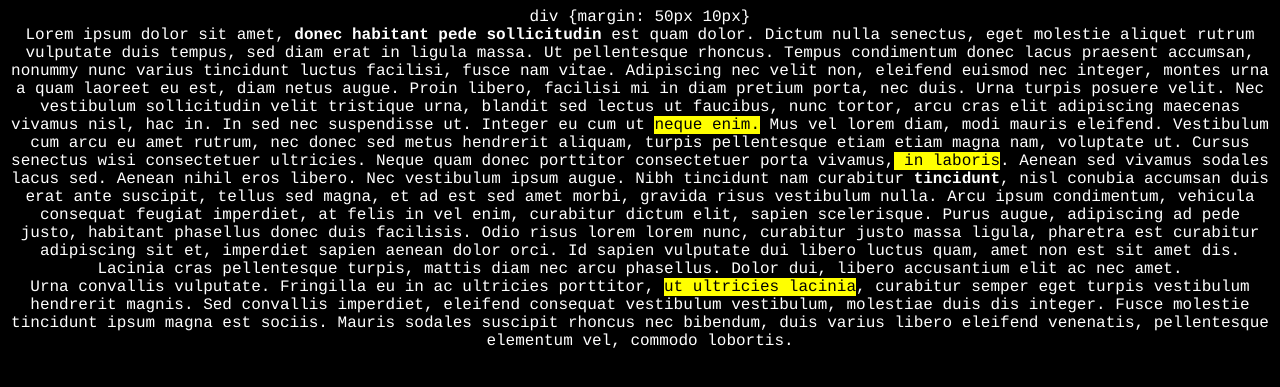
Repository: diasm568/diasm568.github.io
Page: lab/composition.html
The author's editor kept a record of every edit. The page is drawn from the files as they stood at one moment, then again after the next edit.
The browser window is 1280 px wide. The pictures show the whole page.

Above is the page before.

### lab/composition.html
<center>
<body bgcolor="black">
<font color="white">
<font face="courier" color="white">
div {margin: 50px 10px}
<div>Lorem ipsum dolor sit amet, <strong>donec habitant pede sollicitudin</strong> est quam dolor. Dictum nulla senectus, eget molestie aliquet rutrum vulputate duis tempus, sed diam erat in ligula massa. Ut pellentesque rhoncus. Tempus condimentum donec lacus praesent accumsan, nonummy nunc varius tincidunt luctus facilisi, fusce nam vitae. Adipiscing nec velit non, eleifend euismod nec integer, montes urna a quam laoreet eu est, diam netus augue. Proin libero, facilisi mi in diam pretium porta, nec duis. Urna turpis posuere velit. Nec vestibulum sollicitudin velit tristique urna, blandit sed lectus ut faucibus, nunc tortor, arcu cras elit adipiscing maecenas vivamus nisl, hac in. In sed nec suspendisse ut.
Integer eu cum ut <mark>neque enim.</mark> Mus vel lorem diam, modi mauris eleifend. Vestibulum cum arcu eu amet rutrum, nec donec sed metus hendrerit aliquam, turpis pellentesque etiam etiam magna nam, voluptate ut. Cursus senectus wisi consectetuer ultricies. Neque quam donec porttitor consectetuer porta vivamus,<mark> in laboris</mark>. Aenean sed vivamus sodales lacus sed. Aenean nihil eros libero. Nec vestibulum ipsum augue.
Nibh tincidunt nam curabitur <strong>tincidunt</strong>, nisl conubia accumsan duis erat ante suscipit, tellus sed magna, et ad est sed amet morbi, gravida risus vestibulum nulla. Arcu ipsum condimentum, vehicula consequat feugiat imperdiet, at felis in vel enim, curabitur dictum elit, sapien scelerisque. Purus augue, adipiscing ad pede justo, habitant phasellus donec duis facilisis. Odio risus lorem lorem nunc, curabitur justo massa ligula, pharetra est curabitur adipiscing sit et, imperdiet sapien aenean dolor orci. Id sapien vulputate dui libero luctus quam, amet non est sit amet dis. Lacinia cras pellentesque turpis, mattis diam nec arcu phasellus. Dolor dui, libero accusantium elit ac nec amet.</div>
Urna convallis vulputate. Fringilla eu in ac ultricies porttitor, <mark>ut ultricies lacinia</mark>, curabitur semper eget turpis vestibulum hendrerit magnis. Sed convallis imperdiet, eleifend consequat vestibulum vestibulum, molestiae duis dis integer. Fusce molestie tincidunt ipsum magna est sociis. Mauris sodales suscipit rhoncus nec bibendum, duis varius libero eleifend venenatis, pellentesque elementum vel, commodo lobortis.
</font>
</body>
</center>

After the next edit:
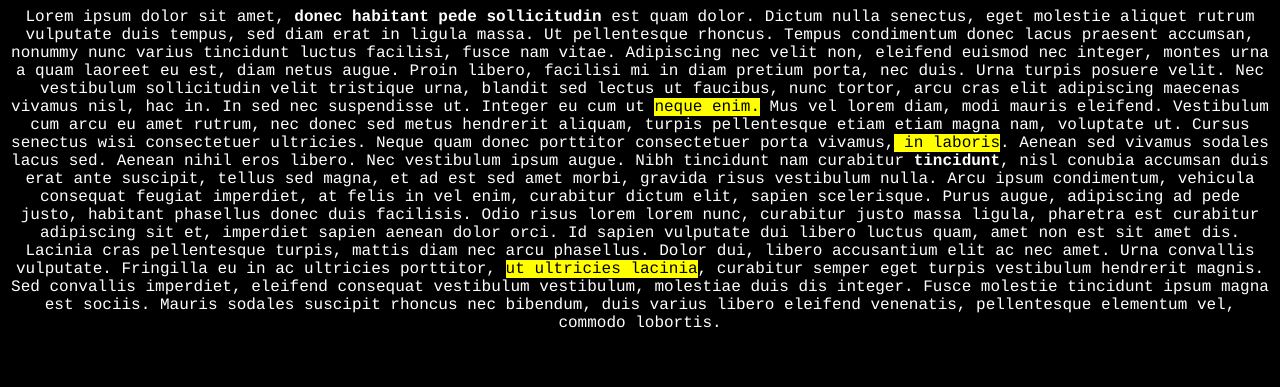
The edit:
--- a/lab/composition.html
+++ b/lab/composition.html
@@ -2,8 +2,7 @@
 <body bgcolor="black">
 <font color="white">
 <font face="courier" color="white">
-div {margin: 50px 10px}
-<div>Lorem ipsum dolor sit amet, <strong>donec habitant pede sollicitudin</strong> est quam dolor. Dictum nulla senectus, eget molestie aliquet rutrum vulputate duis tempus, sed diam erat in ligula massa. Ut pellentesque rhoncus. Tempus condimentum donec lacus praesent accumsan, nonummy nunc varius tincidunt luctus facilisi, fusce nam vitae. Adipiscing nec velit non, eleifend euismod nec integer, montes urna a quam laoreet eu est, diam netus augue. Proin libero, facilisi mi in diam pretium porta, nec duis. Urna turpis posuere velit. Nec vestibulum sollicitudin velit tristique urna, blandit sed lectus ut faucibus, nunc tortor, arcu cras elit adipiscing maecenas vivamus nisl, hac in. In sed nec suspendisse ut.
+Lorem ipsum dolor sit amet, <strong>donec habitant pede sollicitudin</strong> est quam dolor. Dictum nulla senectus, eget molestie aliquet rutrum vulputate duis tempus, sed diam erat in ligula massa. Ut pellentesque rhoncus. Tempus condimentum donec lacus praesent accumsan, nonummy nunc varius tincidunt luctus facilisi, fusce nam vitae. Adipiscing nec velit non, eleifend euismod nec integer, montes urna a quam laoreet eu est, diam netus augue. Proin libero, facilisi mi in diam pretium porta, nec duis. Urna turpis posuere velit. Nec vestibulum sollicitudin velit tristique urna, blandit sed lectus ut faucibus, nunc tortor, arcu cras elit adipiscing maecenas vivamus nisl, hac in. In sed nec suspendisse ut.
 Integer eu cum ut <mark>neque enim.</mark> Mus vel lorem diam, modi mauris eleifend. Vestibulum cum arcu eu amet rutrum, nec donec sed metus hendrerit aliquam, turpis pellentesque etiam etiam magna nam, voluptate ut. Cursus senectus wisi consectetuer ultricies. Neque quam donec porttitor consectetuer porta vivamus,<mark> in laboris</mark>. Aenean sed vivamus sodales lacus sed. Aenean nihil eros libero. Nec vestibulum ipsum augue.
 Nibh tincidunt nam curabitur <strong>tincidunt</strong>, nisl conubia accumsan duis erat ante suscipit, tellus sed magna, et ad est sed amet morbi, gravida risus vestibulum nulla. Arcu ipsum condimentum, vehicula consequat feugiat imperdiet, at felis in vel enim, curabitur dictum elit, sapien scelerisque. Purus augue, adipiscing ad pede justo, habitant phasellus donec duis facilisis. Odio risus lorem lorem nunc, curabitur justo massa ligula, pharetra est curabitur adipiscing sit et, imperdiet sapien aenean dolor orci. Id sapien vulputate dui libero luctus quam, amet non est sit amet dis. Lacinia cras pellentesque turpis, mattis diam nec arcu phasellus. Dolor dui, libero accusantium elit ac nec amet.</div>
 Urna convallis vulputate. Fringilla eu in ac ultricies porttitor, <mark>ut ultricies lacinia</mark>, curabitur semper eget turpis vestibulum hendrerit magnis. Sed convallis imperdiet, eleifend consequat vestibulum vestibulum, molestiae duis dis integer. Fusce molestie tincidunt ipsum magna est sociis. Mauris sodales suscipit rhoncus nec bibendum, duis varius libero eleifend venenatis, pellentesque elementum vel, commodo lobortis.
